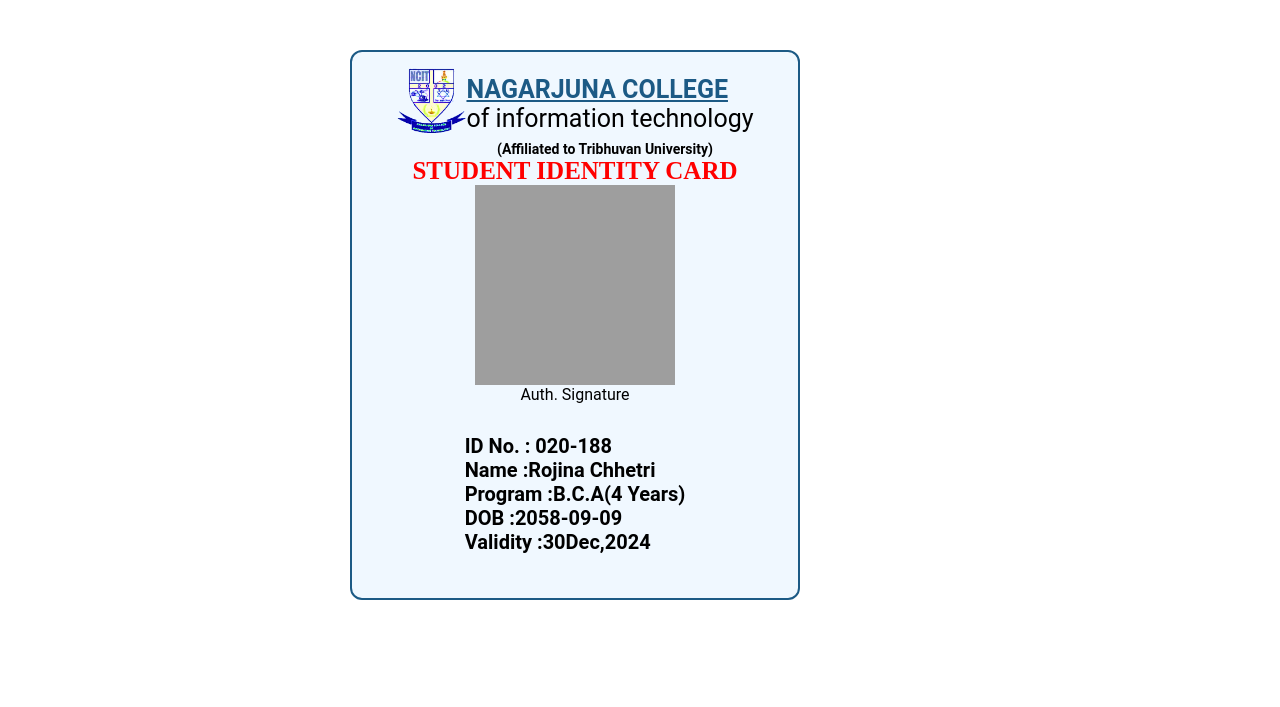
Repository: Rojinachhetri/roji
Page: rojina.html
These files come from the project's save history. The page is drawn as it stood at one moment and after the next save; the edit follows.
The browser window is 1280 px wide. The pictures show the whole page.
Pictures or frames that could not be fetched are drawn as grey boxes.

Above is the page before, as saved 2023-04-24 23:02:16.

After the next save:
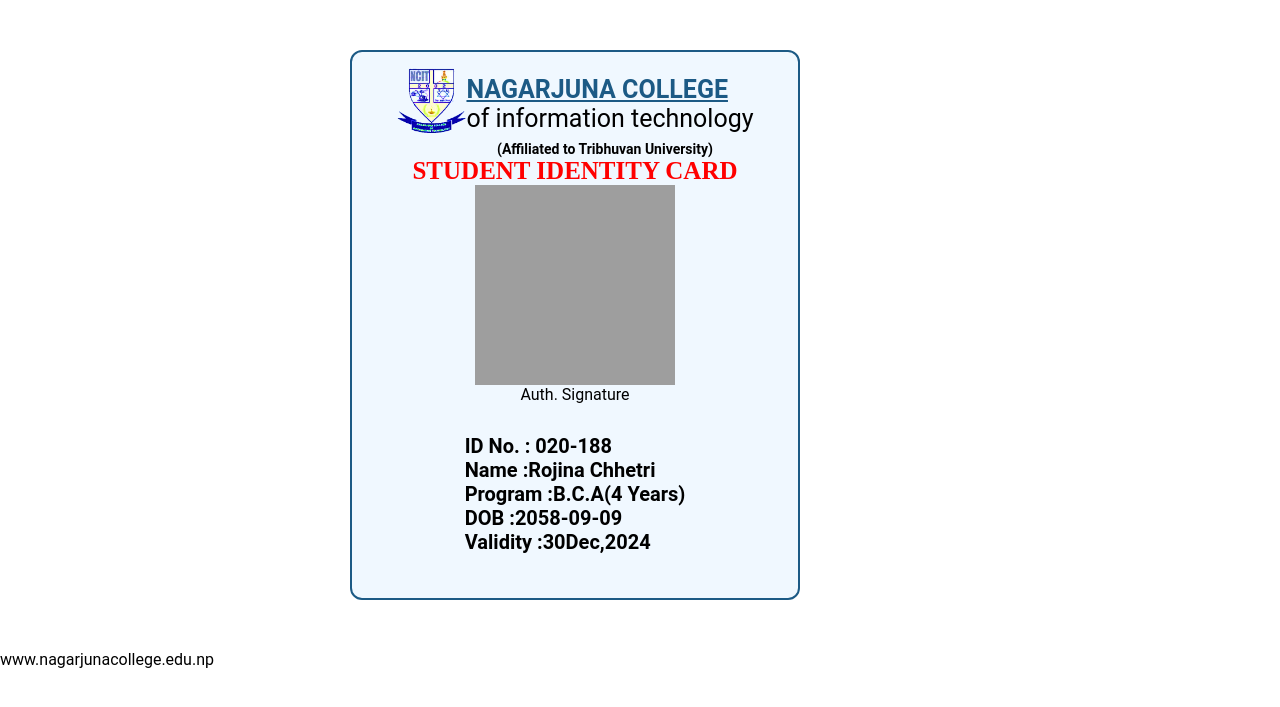
Saved 3 min 49 s later.
--- a/rojina.html
+++ b/rojina.html
@@ -35,6 +35,7 @@
         </div>
 
     </div>
+    <div class="footer">www.nagarjunacollege.edu.np</div>
 
 
 </body>
